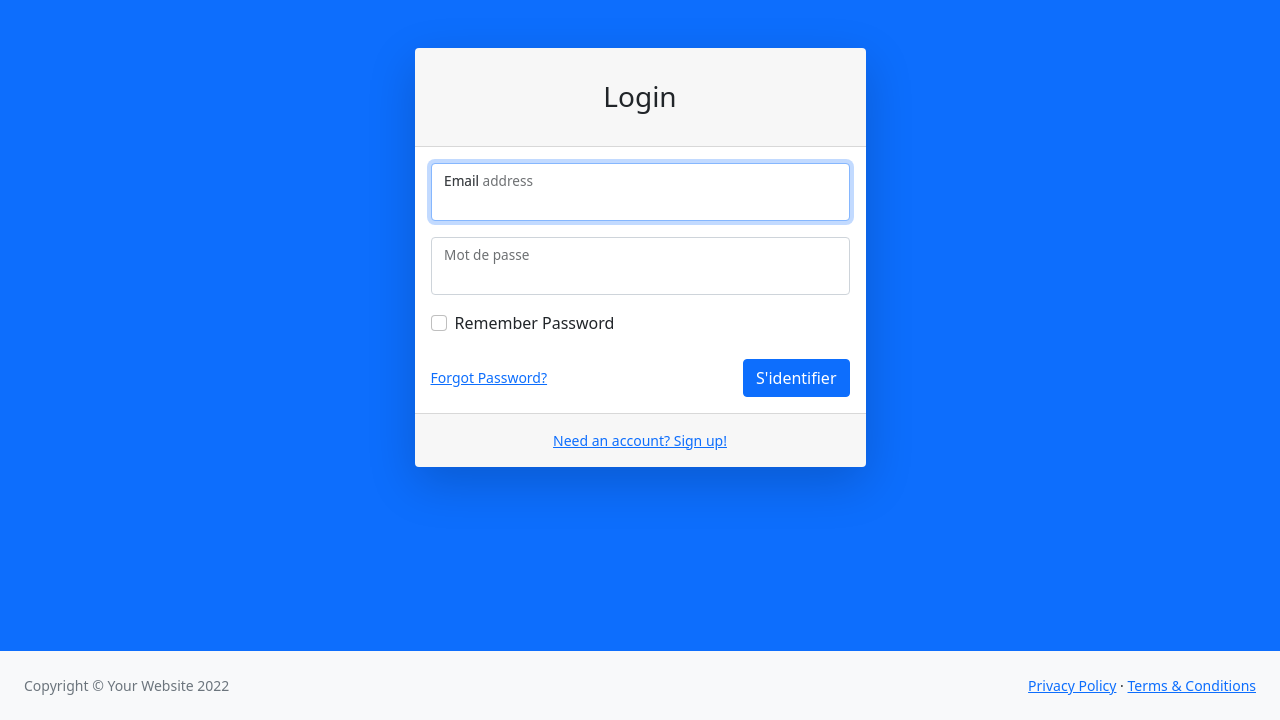
Repository: freddy1212/adulams
Page: templates/security/login.html.twig
These files come from the project's save history. The page is drawn as it stood at one moment and after a run of saves; the edit follows.
The browser window is 1280 px wide. The pictures show the whole page.
Some web libraries are served in a nearby version. The page is a Twig template of a Symfony application; nobody is signed in and links lead nowhere. The template is opened directly, without the code that normally fills it, so the values that code supplies are empty.

Above is the page before, as saved 2022-08-29 18:45:39.

### templates/security/login.html.twig
<!DOCTYPE html>
<html lang="en">
    <head>
        <meta charset="utf-8" />
        <meta http-equiv="X-UA-Compatible" content="IE=edge" />
        <meta name="viewport" content="width=device-width, initial-scale=1, shrink-to-fit=no" />
        <meta name="description" content="" />
        <meta name="author" content="" />
        <title>Login - SB Admin</title>
        <link href="{{ asset('assets/css/styles.css')}}" rel="stylesheet" />
        <script src="https://use.fontawesome.com/releases/v6.1.0/js/all.js" crossorigin="anonymous"></script>
    </head>
    <body class="bg-primary">
        <div id="layoutAuthentication">
            <div id="layoutAuthentication_content">
                <main>
                    <div class="container">
                        <div class="row justify-content-center">
                            <div class="col-lg-5">
                                <div class="card shadow-lg border-0 rounded-lg mt-5">
                                    <div class="card-header"><h3 class="text-center font-weight-light my-4">Login</h3></div>
                                    <div class="card-body">
                                        {% block body %}
                                        <form method="post">
                                            {% if error %}
                                                <div class="alert alert-danger">{{ error.messageKey|trans(error.messageData, 'security') }}</div>
                                            {% endif %}

                                            {% if app.user %}
                                                <div class="mb-3">
                                                    You are logged in as {{ app.user.userIdentifier }}, <a href="{{ path('app_logout') }}">Logout</a>
                                                </div>
                                            {% endif %}
                                            <div class="form-floating mb-3">
                                                <input type="email" value="{{ last_username }}" name="email" id="inputEmail" class="form-control" autocomplete="email" required autofocus>                                                <label for="inputEmail">Email address</label>
                                                <label for="inputEmail">Email</label>
                                            </div>
                                            <div class="form-floating mb-3">
                                                <input type="password" name="password" id="inputPassword" class="form-control" autocomplete="current-password" required>
                                                <label for="inputPassword">Mot de passe</label>
                                            </div>
                                            <div class="form-check mb-3">
                                                <input class="form-check-input" id="inputRememberPassword" type="checkbox" value="" />
                                                <label class="form-check-label" for="inputRememberPassword">Remember Password</label>
                                            </div>
                                            <div class="d-flex align-items-center justify-content-between mt-4 mb-0">
                                                <a class="small" href="password.html">Forgot Password?</a>
                                                <button class="btn btn-primary" type="submit">
                                                    S'identifier
                                                </button>
                                            </div>
                                        </form>
                                        {% endblock %}
                                    </div>
                                    <div class="card-footer text-center py-3">
                                        <div class="small"><a href="register.html">Need an account? Sign up!</a></div>
                                    </div>
                                </div>
                            </div>
                        </div>
                    </div>
                </main>
            </div>
            <div id="layoutAuthentication_footer">
                <footer class="py-4 bg-light mt-auto">
                    <div class="container-fluid px-4">
                        <div class="d-flex align-items-center justify-content-between small">
                            <div class="text-muted">Copyright &copy; Your Website 2022</div>
                            <div>
                                <a href="#">Privacy Policy</a>
                                &middot;
                                <a href="#">Terms &amp; Conditions</a>
                            </div>
                        </div>
                    </div>
                </footer>
            </div>
        </div>
        <script src="https://cdn.jsdelivr.net/npm/bootstrap@5.1.3/dist/js/bootstrap.bundle.min.js" crossorigin="anonymous"></script>
        <script src="{{ asset('assets/js/scripts.js') }}"></script>
    </body>
</html>

### public/assets/js/scripts.js
/*!
    * Start Bootstrap - SB Admin v7.0.5 (https://startbootstrap.com/template/sb-admin)
    * Copyright 2013-2022 Start Bootstrap
    * Licensed under MIT (https://github.com/StartBootstrap/startbootstrap-sb-admin/blob/master/LICENSE)
    */
    //
// Scripts
//

window.addEventListener('DOMContentLoaded', event => {

    // Toggle the side navigation
    const sidebarToggle = document.body.querySelector('#sidebarToggle');
    if (sidebarToggle) {
        // Uncomment Below to persist sidebar toggle between refreshes
        // if (localStorage.getItem('sb|sidebar-toggle') === 'true') {
        //     document.body.classList.toggle('sb-sidenav-toggled');
        // }
        sidebarToggle.addEventListener('click', event => {
            event.preventDefault();
            document.body.classList.toggle('sb-sidenav-toggled');
            localStorage.setItem('sb|sidebar-toggle', document.body.classList.contains('sb-sidenav-toggled'));
        });
    }

});

Loaded but not shown: public/assets/css/styles.css (library)

After the next 2 saves:
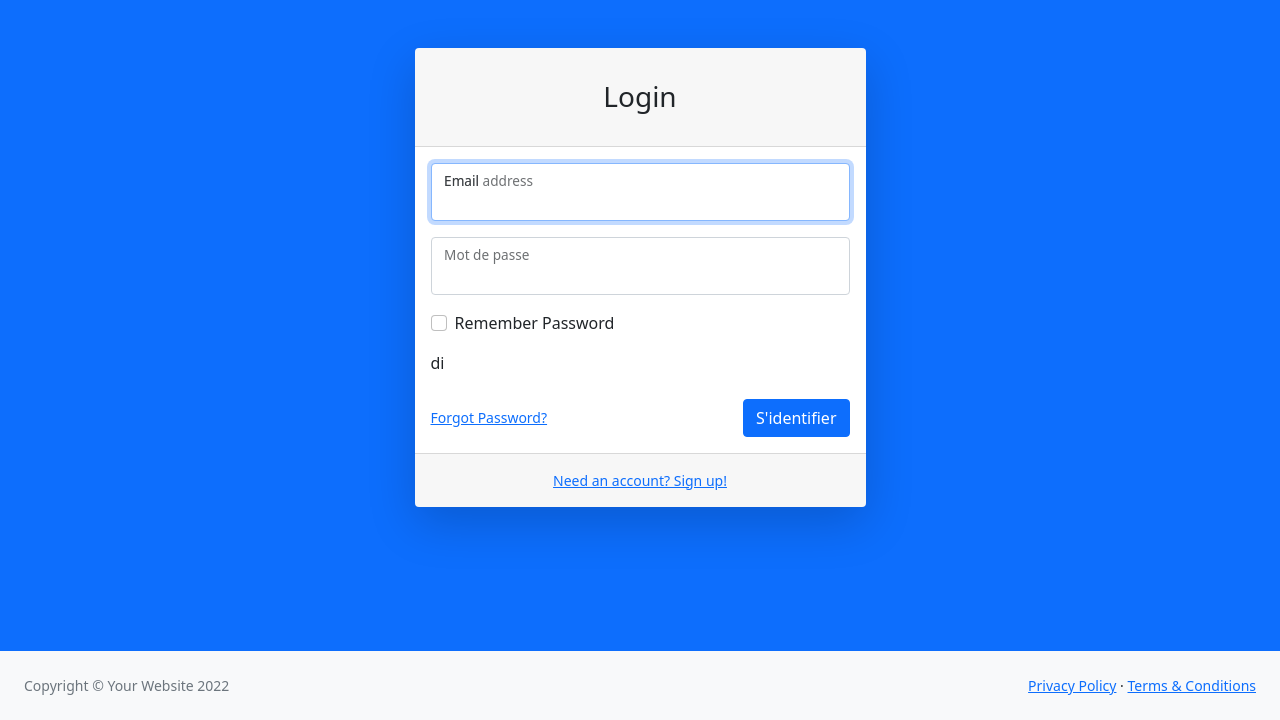
The 2 saves are shown as one change because they came seconds apart.
The last was saved 105 s later.
--- a/templates/security/login.html.twig
+++ b/templates/security/login.html.twig
@@ -43,6 +43,7 @@
                                                 <input class="form-check-input" id="inputRememberPassword" type="checkbox" value="" />
                                                 <label class="form-check-label" for="inputRememberPassword">Remember Password</label>
                                             </div>
+                                            di
                                             <div class="d-flex align-items-center justify-content-between mt-4 mb-0">
                                                 <a class="small" href="password.html">Forgot Password?</a>
                                                 <button class="btn btn-primary" type="submit">
